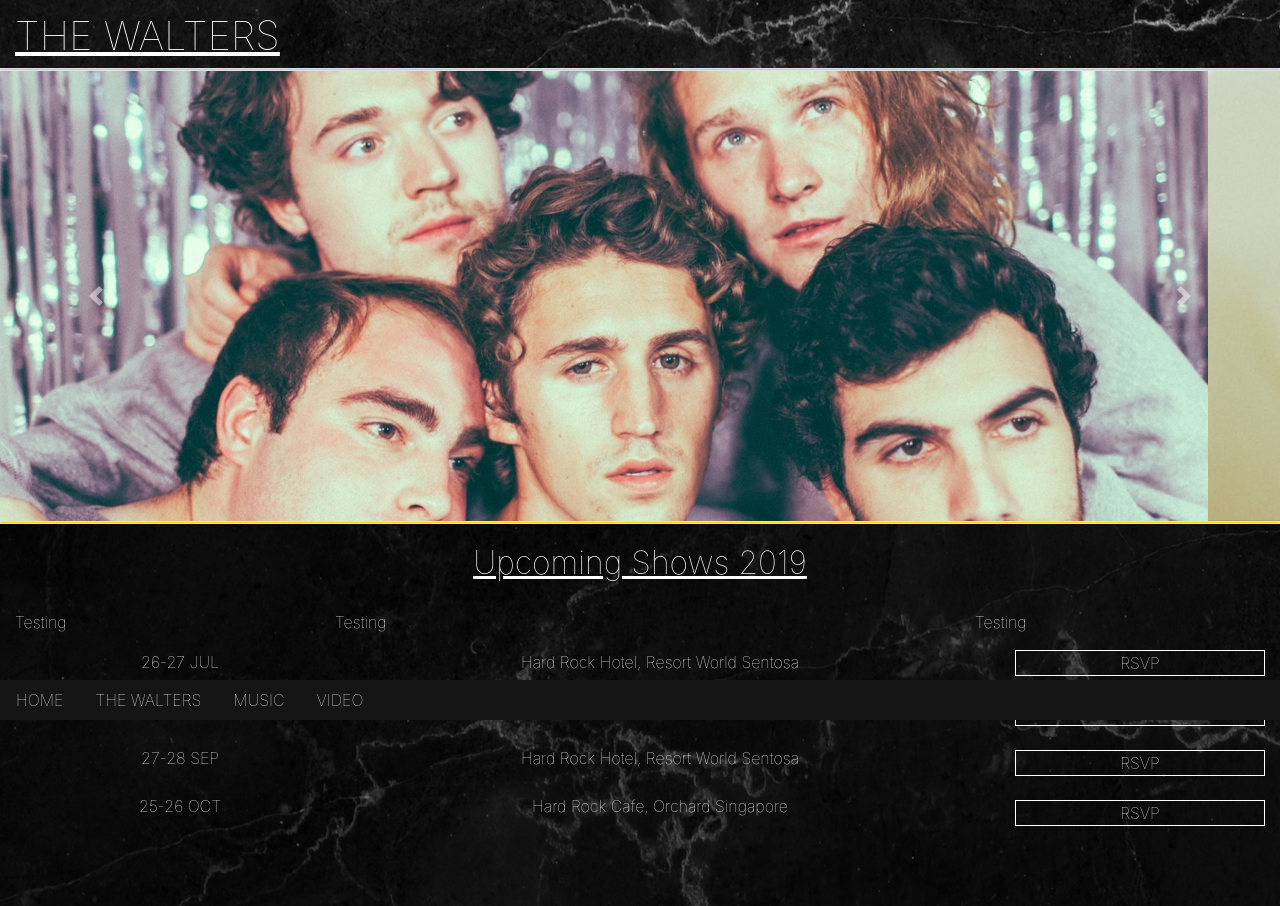
Repository: yucheng91/CIassignment1
Page: index.html
The author's editor kept a record of every edit. The page is drawn from the files as they stood at one moment, then again after the next edit.
The browser window is 1280 px wide. The pictures show the whole page.

Above is the page before.

### index.html
<!doctype html>
<html lang="en">
  <head>
    <!-- Required meta tags -->
    <meta charset="utf-8">
    <meta name="viewport" content="width=device-width, initial-scale=1, shrink-to-fit=no">

    <!-- Bootstrap CSS -->
    <link rel="stylesheet" href="https://stackpath.bootstrapcdn.com/bootstrap/4.3.1/css/bootstrap.min.css" integrity="sha384-ggOyR0iXCbMQv3Xipma34MD+dH/1fQ784/j6cY/iJTQUOhcWr7x9JvoRxT2MZw1T" crossorigin="anonymous">
    <link rel="stylesheet" href="style.css" type="text/css" />
    <link rel="styleshaeet" href="https://maxcdn.bootstrapcdn.com/font-awesome/4.7.0/css/font-awesome.min.css" type="text/css" />
    <title>The Walters</title>
  </head>
  <body>
    <div class="modal" tabindex="-1" role="dialog">
  <div class="modal-dialog" role="document">
    <div class="modal-content">
      <div class="modal-header">
        <h5 class="modal-title">Modal title</h5>
        <button type="button" class="close" data-dismiss="modal" aria-label="Close">
          <span aria-hidden="true">&times;</span>
        </button>
      </div>
      <div class="modal-body">
        <p>Modal body text goes here.</p>
      </div>
      <div class="modal-footer">
        <button type="button" class="btn btn-secondary" data-dismiss="modal">Close</button>
        <button type="button" class="btn btn-primary">Save changes</button>
      </div>
    </div>
  </div>
</div>

    <header>
      <div class="container-fluid">
      <div class="row">
        <div class="col-10">
          <h1>THE WALTERS</h1>
        </div>
        <div class="col-2">
          <a href="https://www.facebook.com"><i class="fa fa-facebook-square fa-2x" aria-hidden="true"></i></a>
          <a href="https://www.twitter.com"><i class="fa fa-twitter-square fa-2x" aria-hidden="true"></i></a>
          <a href="https://www.youtube.com"><i class="fa fa-youtube-square fa-2x" aria-hidden="true"></i></a>
        </div>
      </div>
    </div>
  <div class="border"></div>
  </header>

<div id="carouselExampleControls" class="carousel slide" data-ride="carousel">
  <div class="carousel-inner">
    <div class="carousel-item active">
      <img class="d-block w-100" src="c1.jpg" alt="First slide">
    </div>
    <div class="carousel-item">
      <img class="d-block w-100" src="c2.jpg" alt="Second slide">
    </div>
    <div class="carousel-item">
      <img class="d-block w-100" src="c3.jpg" alt="Third slide">
    </div>
  </div>
  <a class="carousel-control-prev" href="#carouselExampleControls" role="button" data-slide="prev">
    <span class="carousel-control-prev-icon" aria-hidden="true"></span>
    <span class="sr-only">Previous</span>
  </a>
  <a class="carousel-control-next" href="#carouselExampleControls" role="button" data-slide="next">
    <span class="carousel-control-next-icon" aria-hidden="true"></span>
    <span class="sr-only">Next</span>
  </a>
</div>
    <div class="border"></div>

  <section class="upcomingshow">
    <div>
      <h2>Upcoming Shows 2019</h2>
      <div class="container-fluid">
        <div class="row">
          <div class="col-3">
            <p>Testing</p>
          </div>
          <div class="col-6">
            <p>Testing</p>
          </div>
          <div class="col-3">
            <p>Testing</p>
          </div>
        </div>
      </div>

       <div class="container-fluid">
         <div class="row">
           <div class="col-3">
             <ul class="nobullet">
               <li>26-27 JUL</li></br>
               <li>30-31 AUG</li></br>
               <li>27-28 SEP</li></br>
               <li>25-26 OCT</li></br>
             </ul>
           </div>
           <div class="col-6">
             <ul class="nobullet">
               <li>Hard Rock Hotel, Resort World Sentosa</li></br>
               <li>Hard Rock Cafe, Orchard Singapore</li></br>
               <li>Hard Rock Hotel, Resort World Sentosa</li></br>
               <li>Hard Rock Cafe, Orchard Singapore</li></br>
             </ul>
           </div>
           <div class="col-3">
             <ul class="nobullet">
               <a href="https://www.eventbrite.sg"><li class="rsvpbutton">RSVP</li></a></br>
               <a href="https://www.eventbrite.sg"><li class="rsvpbutton">RSVP</li></a></br>
               <a href="https://www.eventbrite.sg"><li class="rsvpbutton">RSVP</li></a></br>
               <a href="https://www.eventbrite.sg"><li class="rsvpbutton">RSVP</li></a></br>
           </div>
         </div>
       </div>
      </section>

    <footer>
    <div class="navbar">
    <ul class="nav justify-content-start">
      <li class="nav-item">
        <a class="nav-link active" href="index.html">HOME</a>
      </li>
      <li class="nav-item">
        <a class="nav-link" href="profile.html">THE WALTERS</a>
      </li>
      <li class="nav-item">
        <a class="nav-link" href="music.html">MUSIC</a>
      </li>
      <li class="nav-item">
        <a class="nav-link" href="video.html">VIDEO</a>
      </li>
    </ul>
    </div>
    </footer>
    <!-- Optional JavaScript -->
    <!-- jQuery first, then Popper.js, then Bootstrap JS -->
    <script src="https://code.jquery.com/jquery-3.3.1.slim.min.js" integrity="sha384-q8i/X+965DzO0rT7abK41JStQIAqVgRVzpbzo5smXKp4YfRvH+8abtTE1Pi6jizo" crossorigin="anonymous"></script>
    <script src="https://cdnjs.cloudflare.com/ajax/libs/popper.js/1.14.7/umd/popper.min.js" integrity="sha384-UO2eT0CpHqdSJQ6hJty5KVphtPhzWj9WO1clHTMGa3JDZwrnQq4sF86dIHNDz0W1" crossorigin="anonymous"></script>
    <script src="https://stackpath.bootstrapcdn.com/bootstrap/4.3.1/js/bootstrap.min.js" integrity="sha384-JjSmVgyd0p3pXB1rRibZUAYoIIy6OrQ6VrjIEaFf/nJGzIxFDsf4x0xIM+B07jRM" crossorigin="anonymous"></script>
  </body>
</html>

### style.css
body {
    color:white;
    font-weight: 100;
    background-image: url("background.jpg");
    background-position: center;
}

.container-fluid h1 {
    font-weight: 100;
    padding-top: 12px;
    text-decoration: underline;
}

.border {
    height:3px;
    background-color:gold;
    border:0;
    padding:0;
    color:gold;
}

.navbar  {
    position: fixed;
    bottom: 0;
    width: 100%;
    color: white;
    font-weight:100;
    background-color: #151516;
    padding:0 ;
}

.col-2 {
    padding:20px;
    text-align:right;
}

a {
    color:white;
    text-decoration:none;
}

.upcomingshow {
        background:rgba(0, 0, 0, 0.5);
}

.upcomingshow h2{
    text-align:center;
    padding-top: 20px;
    padding-bottom: 20px;
    text-decoration:underline;
    font-weight:100;
}

.nobullet {
    list-style-type: none;
    padding-bottom:40px;
    text-align:center;
}

footer {
    bottom:0 ;
    width: 100%;
}

.rsvpbutton {
    border:1px solid white;
}

img {
    height: 450px;
    width: 100%;
    object-fit: cover;
}

@media (max-width: 767px) {
    body {
        font-size: 15px;
    }

    h1 {
        font-size: 27px;
    }

    h2 {
        font-size: 20px;
    }

    ul {
        font-size: 7px;
    }
}

After the next edit:
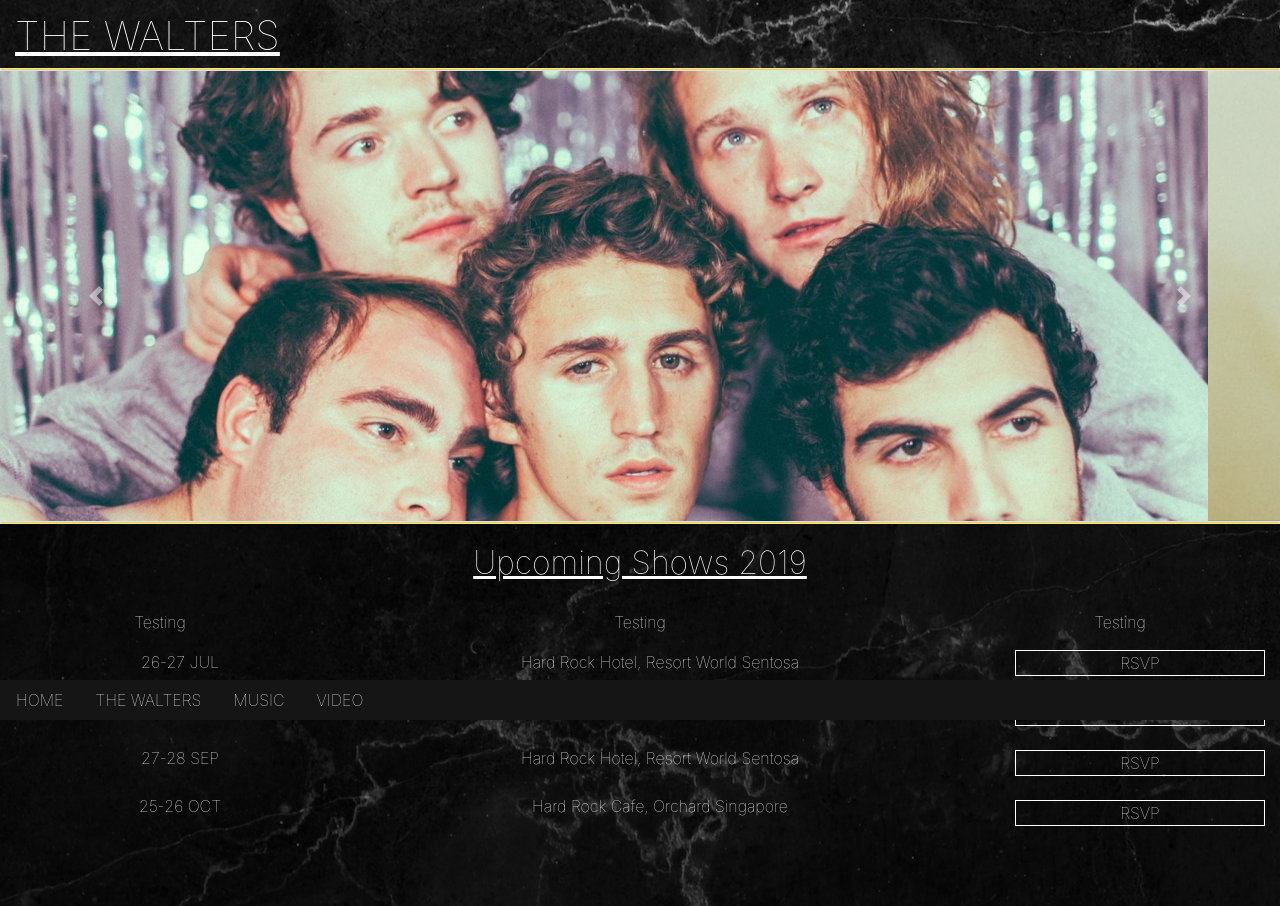
The edit:
--- a/style.css
+++ b/style.css
@@ -9,6 +9,10 @@
     font-weight: 100;
     padding-top: 12px;
     text-decoration: underline;
+}
+
+.container-fluid p {
+    text-align:center;
 }
 
 .border {
